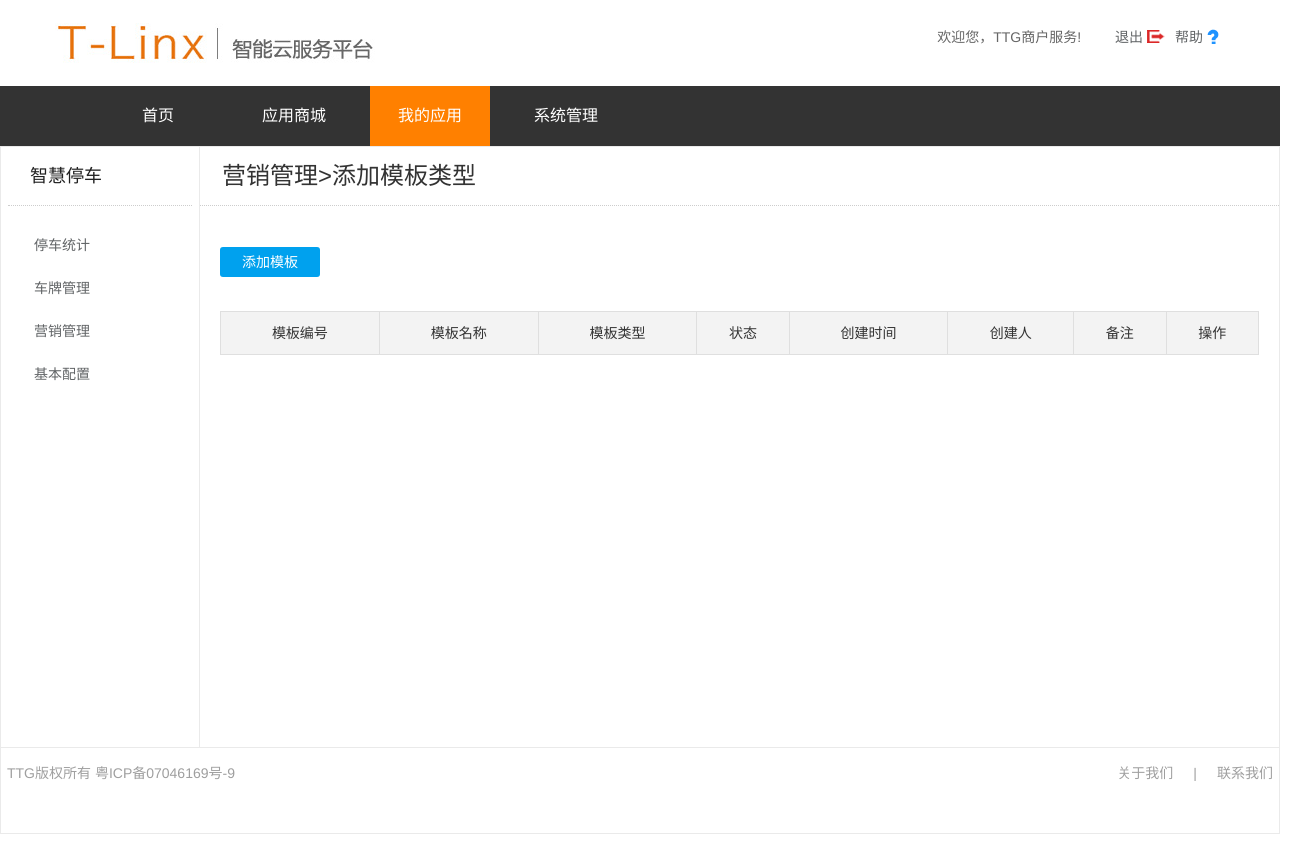
Repository: Keori/ParkCar
Page: admin/商户云/智慧停车/Manage.html
These files come from the project's save history. The page is drawn as it stood at one moment and after the next save; the edit follows.
The browser window is 1280 px wide. The page is 1293 px wide, so the pictures cover 1293 px, including what lies to the right of the window. The pictures show the whole page.
The page's requests for data from a server got no answer.

Above is the page before, as saved 2018-12-24 10:58:15.

### admin/商户云/智慧停车/Manage.html
<!DOCTYPE html>
<html lang="en">
<head>
    <meta charset="utf-8">
    <meta name="viewport" content="initial-scale=1.0,width=device-width" />
    <meta name="keywords" content="" />
    <meta name="description" content="" />
    <title>会员卡</title>
    <link href="../css/reset.css" type="text/css" rel="stylesheet"/>
    <link href="../css/layout.css" type="text/css" rel="stylesheet"/>
    <script type="text/javascript" src="../js/vue.js"></script>
    <script type="text/javascript" src="../js/jquery-3.1.1.min.js"></script>
    <script type="text/javascript">
    </script>
</head>
<body>
<header class="header index_header">
    <div class="top w1170">
        <div class="logo"><i></i><img src="../images/logo.jpg" alt=""/></div>
        <div class="top_right">欢迎您，TTG商户服务! <span class="icon out_icon"><a href="">退出<code></code></a></span><span class="icon help_icon"><a href="">帮助<code></code></a></span></div>
    </div>

    <menu class="menu">
        <div class="w1170">
            <ul>
                <li><a href="">首页</a></li>
                <li><a href="">应用商城</a></li>
                <li class="on"><a href="">我的应用</a></li>
                <li><a href="">系统管理</a></li>
            </ul>
        </div>
    </menu>
</header>
<section id="content" class="content content1170">
    <aside class="left_con">
        <div class="left_con_tit borderb">智慧停车</div>

        <ul>
            <li><a href="ParkComputed.html">停车统计</a></li>
            <li><a href="ParkManage.html">车牌管理</a></li>
            <li>
                <h1><a class='pagetitle' href="javascript:;" @click='ManageType'>营销管理</a><i></i></a>
                <div class='secondary' v-show='type'>
                    <h2 :class="{active:changeGray===1}" @click='change(1)'>
                        <a class='nextselect' href="Manage.html">
                            <span class='blockText'>模板类型</span>
                        </a>
                    </h2>
                    <h2 :class="{active:changeGray===2}" @click='change(2)'>
                        <a class='nextselect' href="Manage2.html">
                            <span class='blockText'>广告类型</span>
                        </a>
                    </h2>
                </div>
            </li>
            <li><a href="Basic.html">基本配置</a></li>
        </ul>
    </aside>
    <section id="boxRight" class="boxRight">
        <div class="boxRight_tit f1 borderb">营销管理>添加模板类型</div>
        <article class="boxRightCon">
            <div class="CommonInput viplist_formlist viplist_formlist_1">
                <ul>
                    <li>
                        <div class="org_btn"><a href='ManageChild.html'>添加模板</a></div>
                    </li>
                </ul>
            </div>
            <table width="100%" cellpadding="0" cellspacing="0" border="0" class="commonTable commonTable4">
                <tr>
                    <th>模板编号</th>
                    <th>模板名称</th>
                    <th>模板类型</th>
                    <th>状态</th>
                    <th>创建时间</th>
                    <th>创建人</th>
                    <th>备注</th>
                    <th>操作</th>
                </tr>
                <tr v-for='(item,index) in Manage' v-show='index<6'>
                    <td>{{index+1}}1</td>
                    <td>{{item.templateName}}</td>
                    <td>{{item.tempCategoryDesc}}</td>
                    <td>{{item.templateStatus}}</td>
                    <td>{{item.createTime}}</td>
                    <td>{{item.createBy}}</td>
                    <td>{{item.note}}</td>
                    <td class="red"><a @click='modulerevise(item.id)'>查看并编辑</a><a href="javascript:">修改状态</a></td>
                </tr>
            </table>
        </article>
    </section>
    <footer class="footer">
        <div class="w1000">
            <p class="footer_a fl">TTG版权所有   粤ICP备07046169号-9</p>
            <p class="footer_b fr"><a href="">关于我们</a>|<a href="">联系我们</a></p>
        </div>
    </footer>
</section>
<script type="text/javascript">
new Vue({
    el: '#content',
    data(){
        return{
            changeGray: '',
            type: false,
            Manage:[]
        }
    },
    methods:{
        modulerevise(id){
            window.location.href = "ManageChild.html"+'?='+id
        },
        ManageType(){
            if(this.type === false){
                this.type = true
            }else{
                this.type = false
            }
        },
        change(num){
            this.changeGray = num
        }
    },
    created(){
        let params = {}
        $.ajax({
            url: 'http://park.ardy0220.top:9999/merchant/Advertisement/list',
            type: 'get',
            data: params,
            statusCode: {
                404:function(){
                    alert('网络错误') //报错提示
                }
            },
            success:(params) => {   //(data,textStatus)
                this.Manage = params.data;
                console.log(this.Manage);
            }
        })
    }
});
</script>
</body>
<style lang='less'>
.pagetitle,.nextselect{
    font-weight: normal;
}
.nextselect{
    font-size: 14px;
}
.active{
    background: #EEEEEE
}
.blockText{
    display: block;
    width: 130px;
    height: 37.6px;
    margin: auto;
}
</style>
</html>

Loaded but not shown: admin/商户云/js/vue.js (library); admin/商户云/js/jquery-3.1.1.min.js (library); admin/商户云/css/layout.css (845 lines, source omitted); admin/商户云/css/reset.css (322 lines, source omitted)

After the next save:
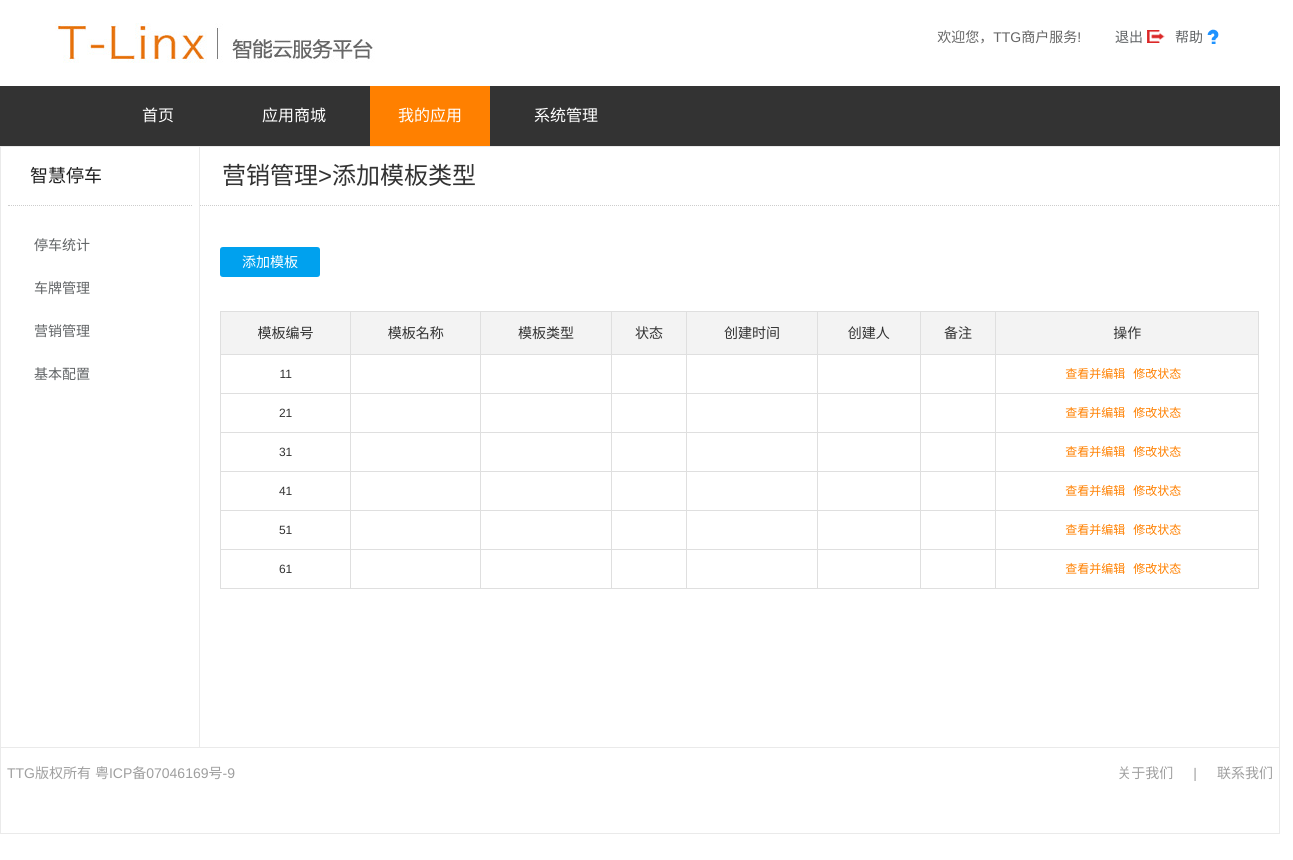
Saved 14 s later.
--- a/admin/商户云/智慧停车/Manage.html
+++ b/admin/商户云/智慧停车/Manage.html
@@ -104,7 +104,14 @@ new Vue({
         return{
             changeGray: '',
             type: false,
-            Manage:[]
+            Manage:[
+                {},
+                {},
+                {},
+                {},
+                {},
+                {},
+            ]
         }
     },
     methods:{
